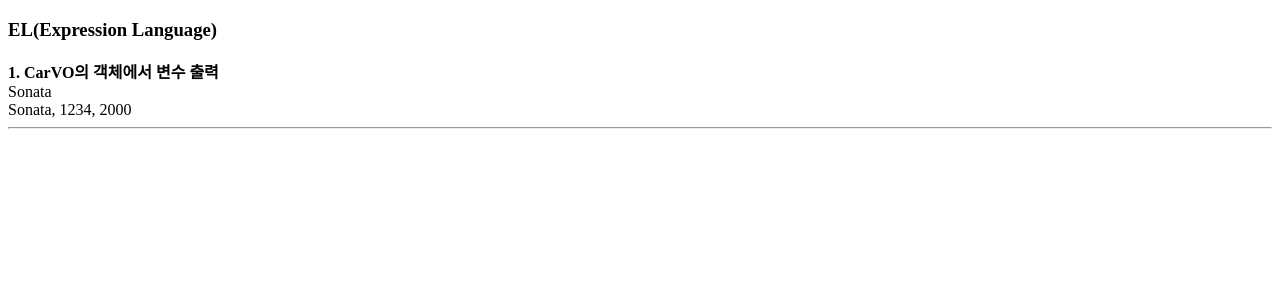
Repository: WoodongMaster/JSP_Workspace
Page: http://localhost/jstl_study/step01.jsp
An editor plug-in stored every save of this project. The page is shown before and after the next save, followed by the edit.
The browser window is 1280 px wide. The pictures show the whole page.
The page is served by Tomcat 9.

Above is the page before, as saved 2023-05-09 05:49:59.

After the next save:
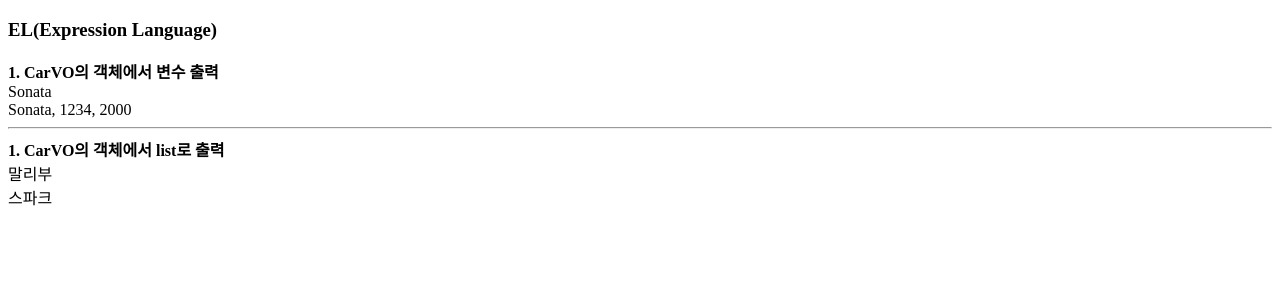
Saved 117 s later.
--- a/jstl_project/jstl_study/src/main/webapp/step01.jsp
+++ b/jstl_project/jstl_study/src/main/webapp/step01.jsp
@@ -36,6 +36,11 @@
 		ArrayList<CarVO> list = new ArrayList<CarVO>();
 		list.add(new CarVO("4567","말리부",2500));
 		list.add(new CarVO("1111","스파크",1500));
+		session.setAttribute("carList", list);
 	%>
+	<strong>1. CarVO의 객체에서 list로 출력</strong><br>
+	${sessionScope.carList[0].name}<br>
+	${sessionScope.carList[1].name}<br>
+
 </body>
 </html>
